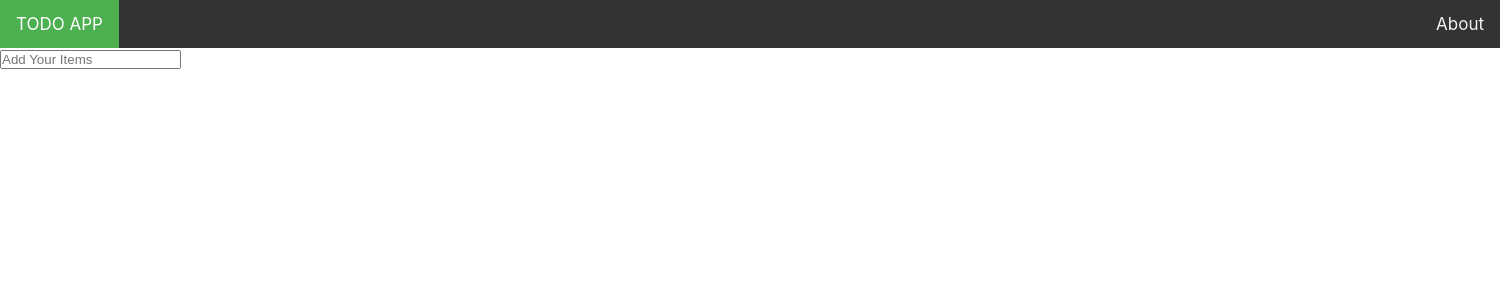
Repository: hoangphuong965/myTodoList
Page: /
These files come from the project's save history. The page is drawn as it stood at one moment and after the next save; the edit follows.
The browser window is 1280 px wide. The page is 1500 px wide, then 1280 px, so the pictures cover 1500 px, including what lies to the right of the window. The pictures show the whole page.
The project was rebuilt for these pictures with package versions that can differ from the ones it lists, and the page was loaded fresh each time.

Above is the page before, as saved 2020-06-01 09:31:09.

After the next save:
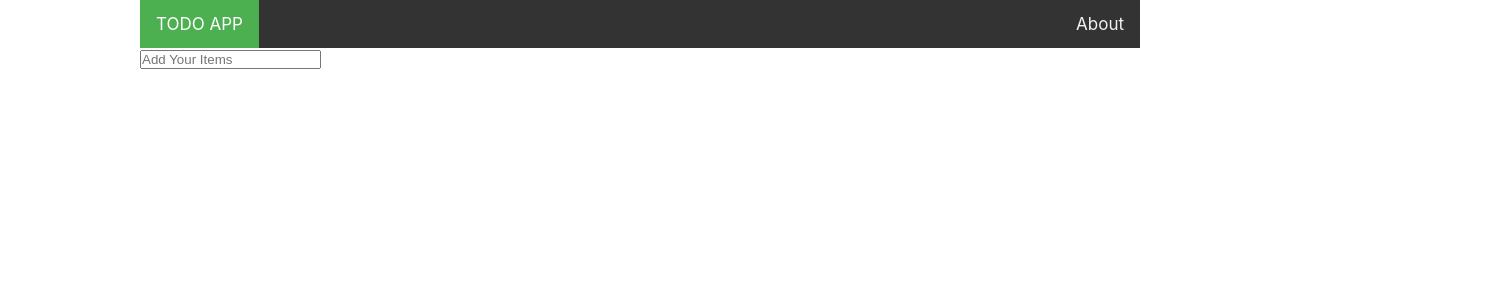
Saved 4 s later.
--- a/src/components/todo.css
+++ b/src/components/todo.css
@@ -6,6 +6,6 @@
 
 .container{
     margin: 0 auto;
-    width: 1500px;
+    width: 1000px;
 
 }
